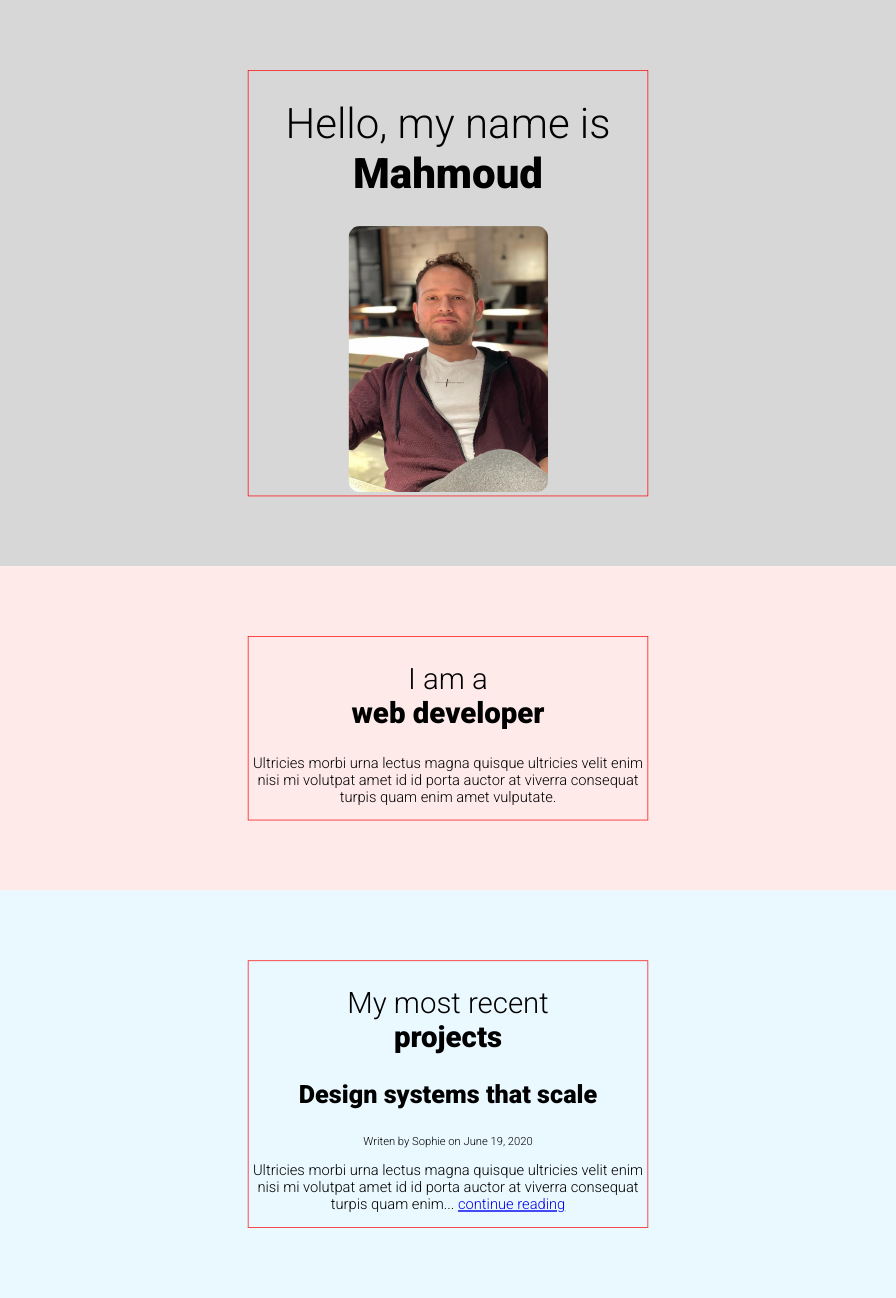
Repository: Doumham-Armah/portfolio
Page: index.html
An editor plug-in stored every save of this project. The page is shown before and after the next save, followed by the edit.
The browser window is 1280 px wide. The pictures show the whole page, at 70% of full size.

Above is the page before, as saved 2021-08-17 12:17:37.

After the next save:
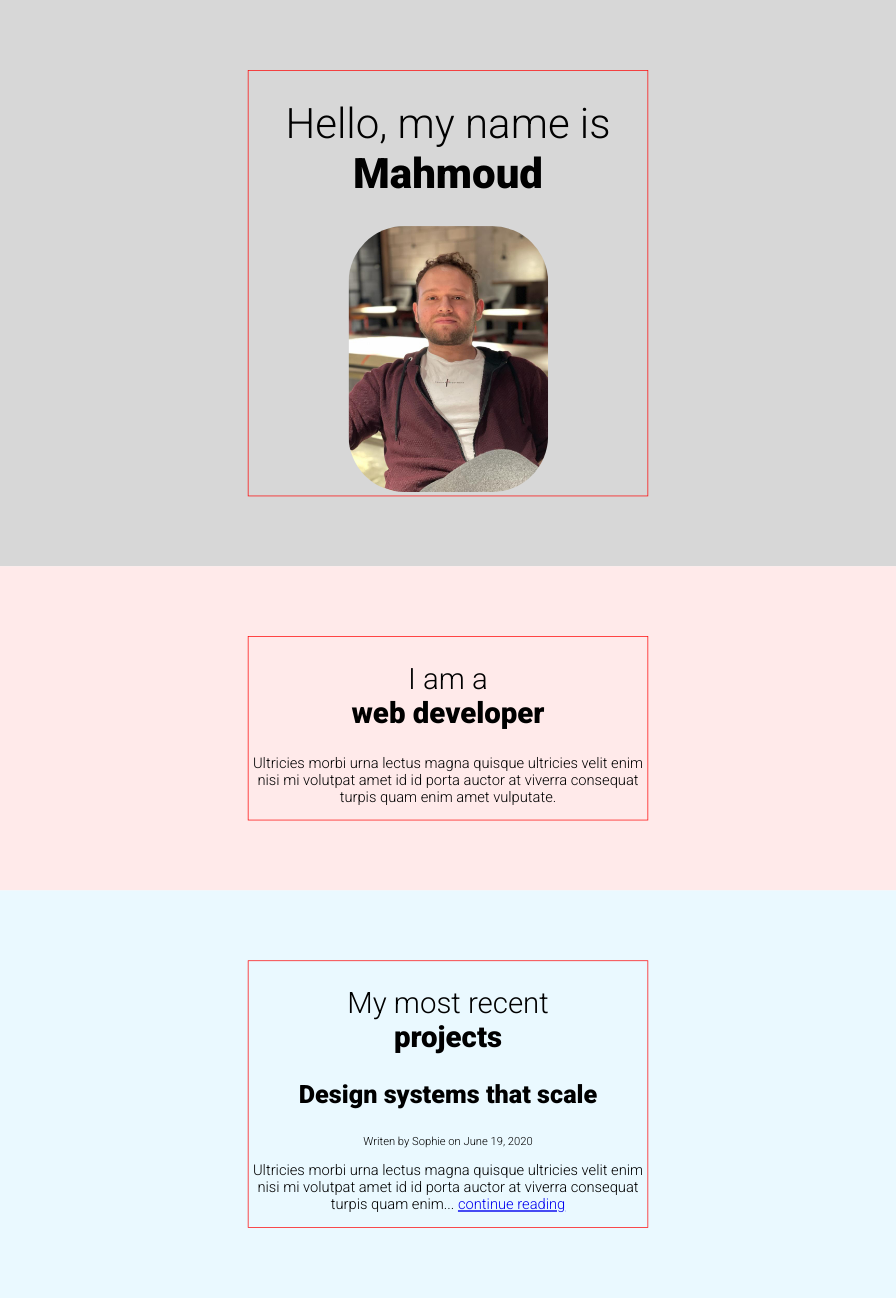
Saved 7 s later.
--- a/style.css
+++ b/style.css
@@ -58,5 +58,5 @@ header {
 .my-photo {
   max-width: 50%;
   height: auto;
-  border-radius: 1rem;
+  border-radius: 5rem;
 }
